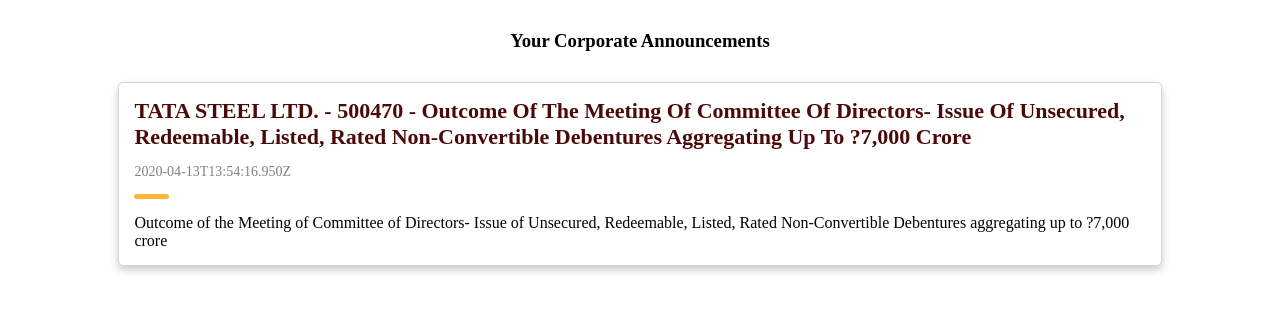
Repository: bhumikagohil/announcements
Page: card1.html
The author's editor kept a copy of each file at every save. The page is drawn from the files as they stood at one save, then again after the next save.
The browser window is 1280 px wide. The pictures show the whole page.
The page's requests for data from a server got no answer.

Above is the page before, as saved 2021-05-10 12:46:59.

After the next save:
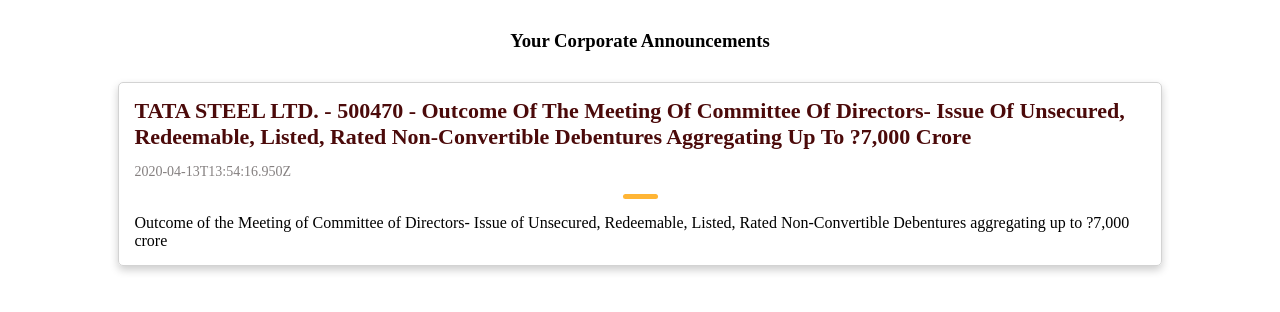
Saved 85 s later.
--- a/card1.css
+++ b/card1.css
@@ -33,7 +33,6 @@
   background: #ffb535;
   width: 35px;
   border-radius: 3px;
-  margin-left: 0;
   border: none;
 }
 

After the save that followed:
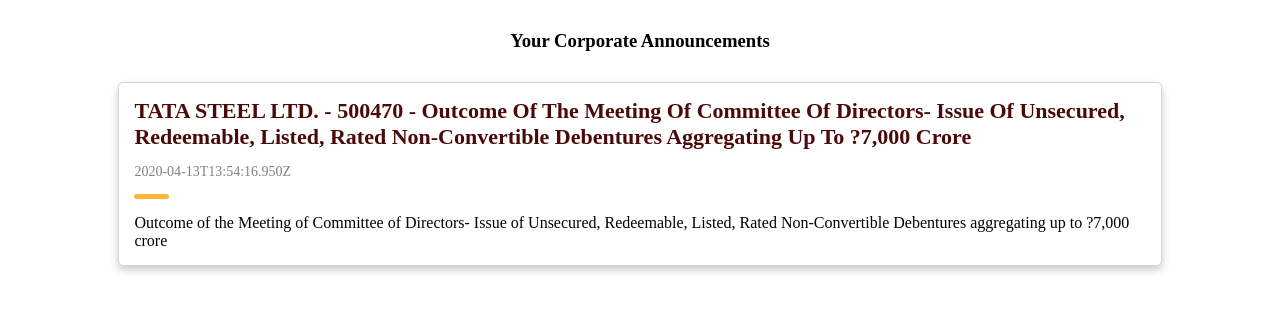
Saved 8 s later.
--- a/card1.css
+++ b/card1.css
@@ -33,6 +33,7 @@
   background: #ffb535;
   width: 35px;
   border-radius: 3px;
+  margin-left: 0;
   border: none;
 }
 
